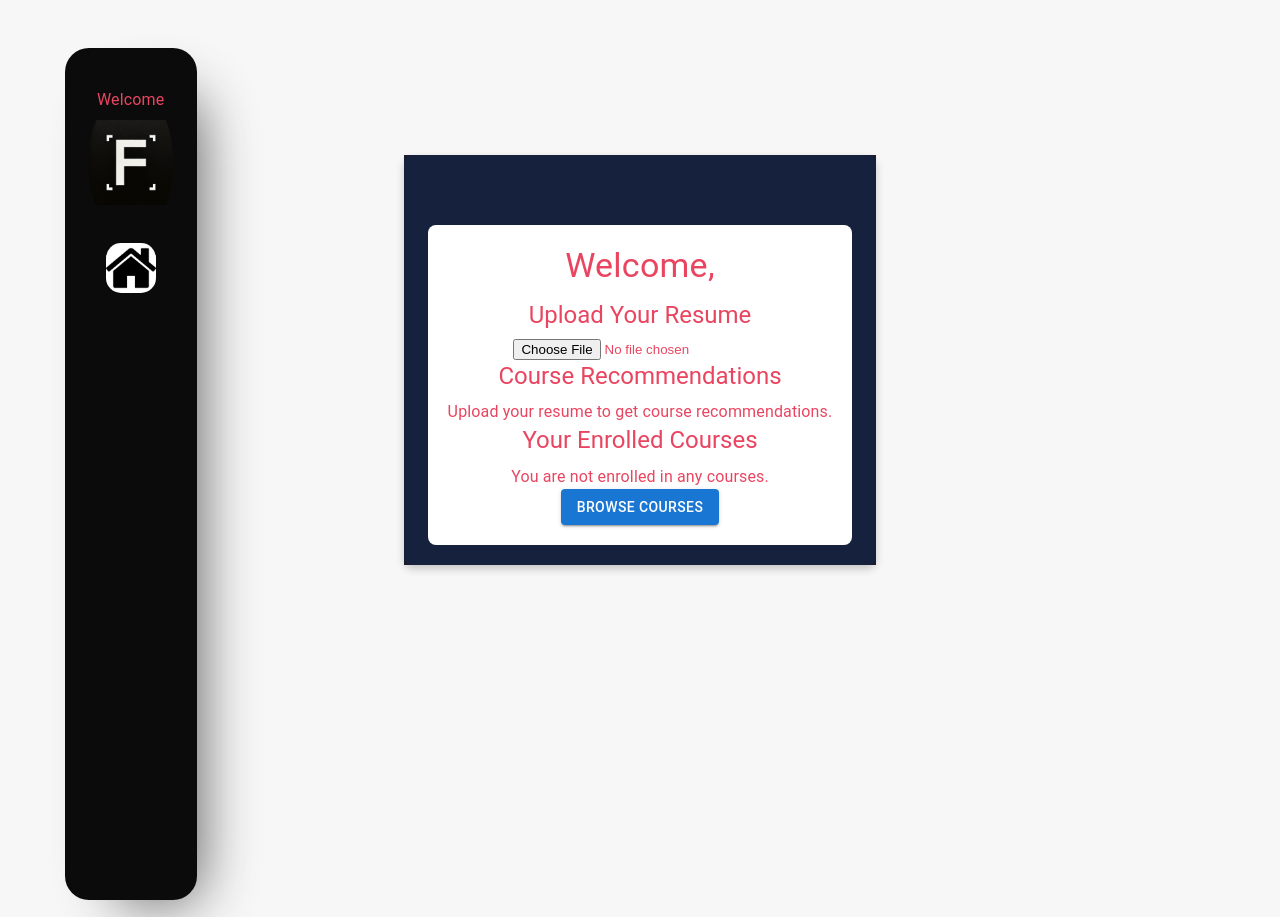
Repository: jvt2/OnlineCourseApp
Page: /dashboard
An editor plug-in stored every save of this project. The page is shown before and after the next save, followed by the edit.
The browser window is 1280 px wide. The pictures show the whole page.
The page's requests for data from a server got no answer. The project was rebuilt for these pictures with package versions that can differ from the ones it lists, and the page was loaded fresh each time. No one was signed in, and anything a server would have sent is missing. Also part of the build but not shown: src/features/auth/Register.js, src/features/auth/Login.js, src/features/courses/ResumeUpload.js, src/features/courses/CourseRecommendations.js, src/components/common/MyModal.js, src/features/courses/CourseCatalog.js, src/features/courses/CourseDetail.js, src/components/common/Navbar.js and 3 more. Imported but missing from the stored project, and not drawn on this page: src/app/reportWebVitals.

Above is the page before, as saved 2024-07-15 09:01:34.

After the next save:
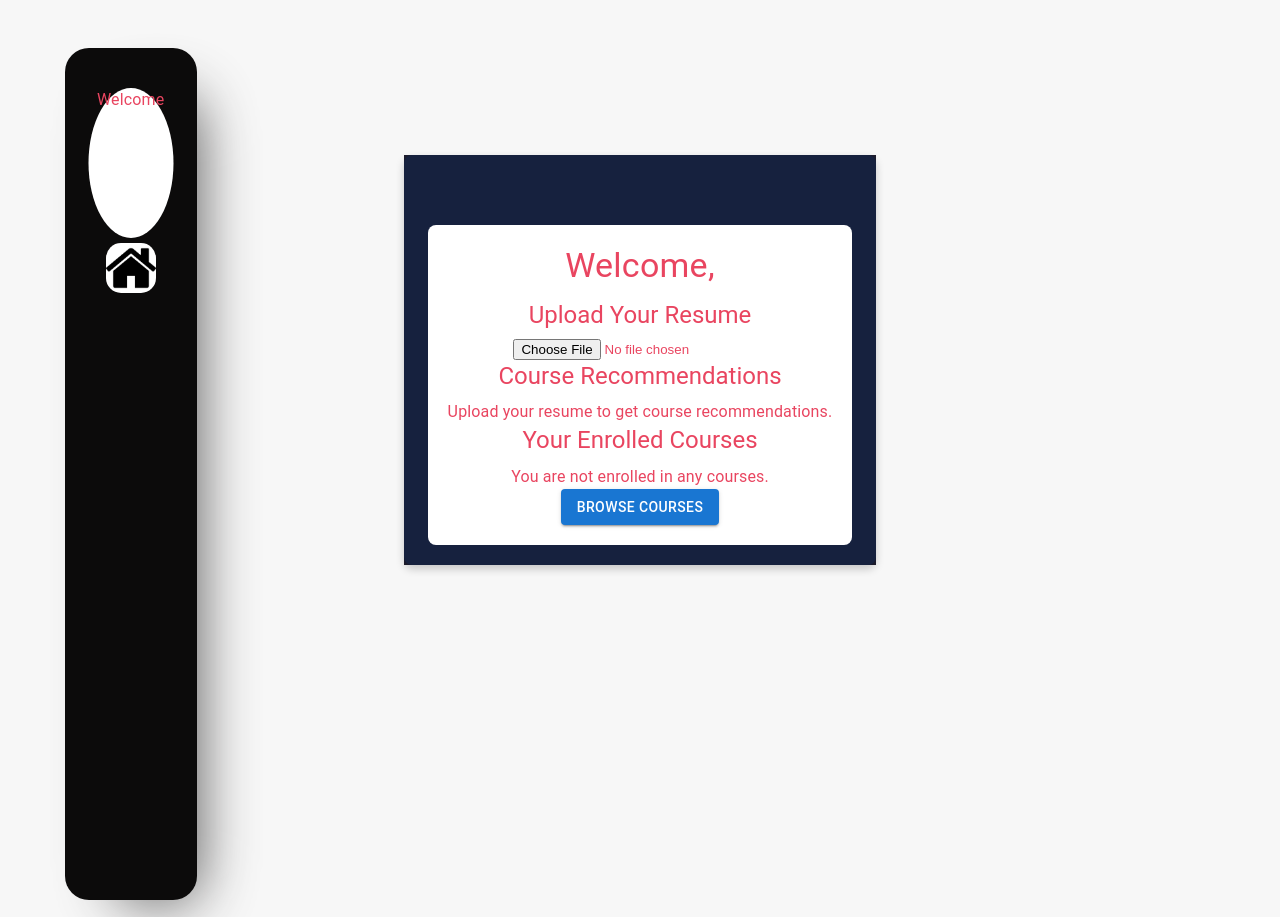
Saved 30 s later.
--- a/src/features/dashboard/Dashboard.css
+++ b/src/features/dashboard/Dashboard.css
@@ -62,6 +62,7 @@
     background-repeat: no-repeat;
     border-radius: 70%;
     position: absolute;
+    background: #FFFFFF;
     left: 50%;
     transform: translateX(-50%);
     margin-bottom: 40px; /* Adjust as needed */

After the save that followed:
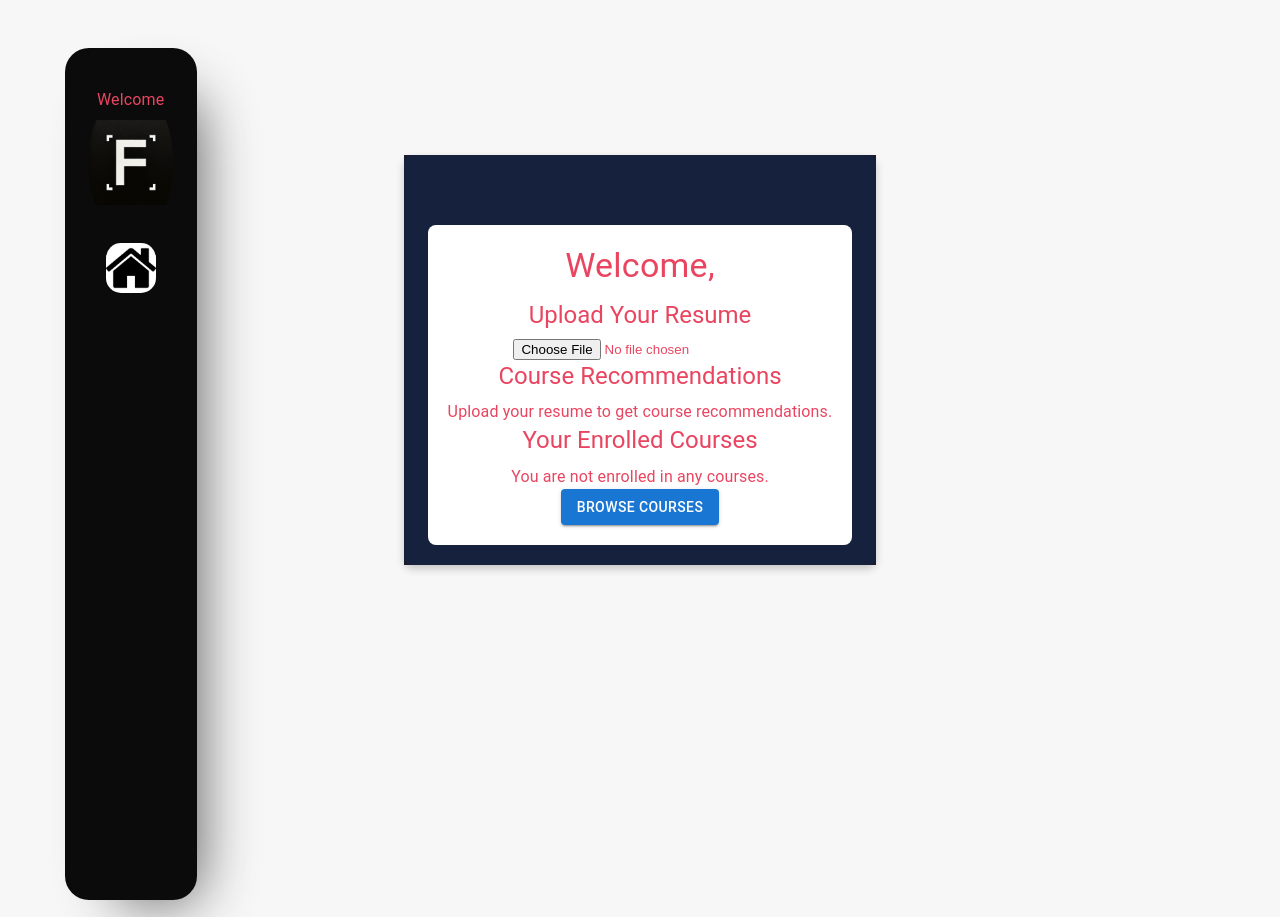
Saved 7 s later.
--- a/src/features/dashboard/Dashboard.css
+++ b/src/features/dashboard/Dashboard.css
@@ -62,7 +62,6 @@
     background-repeat: no-repeat;
     border-radius: 70%;
     position: absolute;
-    background: #FFFFFF;
     left: 50%;
     transform: translateX(-50%);
     margin-bottom: 40px; /* Adjust as needed */
